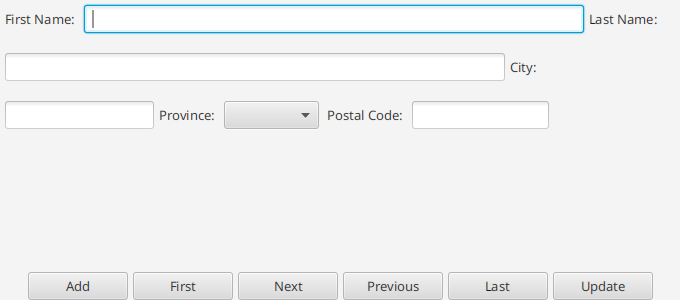
Repository: Mselenko/Java
Program's window: java w_5/JavaFx/src/task_2/AddressBook.java
The author's editor kept a copy of each file at every save. The program's window is drawn from the files as they stood at one save, then again after the next save.
It runs on Java 21 on a 1366 x 768 screen with JavaFX 11; the title bar is not drawn.

Above is the program's window before, as saved 2019-06-22 00:36:26.

After the next save:
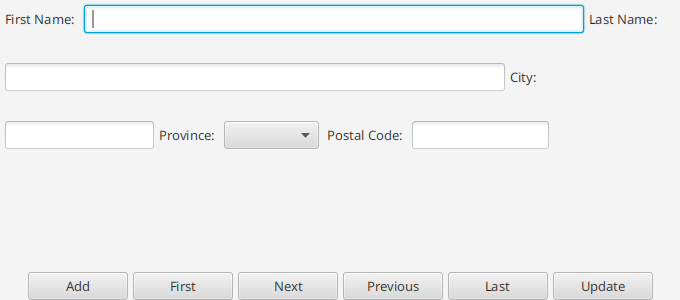
Saved 11 s later.
--- a/w_5/JavaFx/src/task_2/AddressBook.java
+++ b/w_5/JavaFx/src/task_2/AddressBook.java
@@ -48,7 +48,7 @@
 
 		// add the textfields and buttons to the FlowPane
 		InfoPanel.setPadding(new Insets(5));
-		InfoPanel.setVgap(20);
+		InfoPanel.setVgap(30);
 		InfoPanel.getChildren().addAll(
 									new Label("First Name: "), FirstName,
 									new Label("Last Name: "), LastName,
